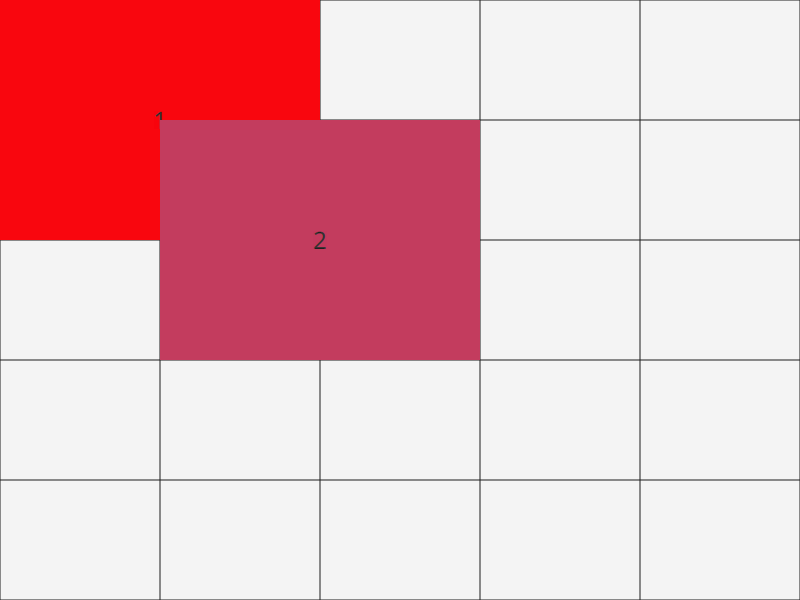
Repository: AlanVidalll/Curso-Java-Completo
Program's window: java exercicios-javafx/src/layout/AppLayout.java
The author's editor kept a copy of each file at every save. The program's window is drawn from the files as they stood at one save, then again after the next save.
It runs on Java 21 on a 1366 x 768 screen with JavaFX 11; the title bar is not drawn.

Above is the program's window before, as saved 2020-04-11 13:55:23.

After the next save:
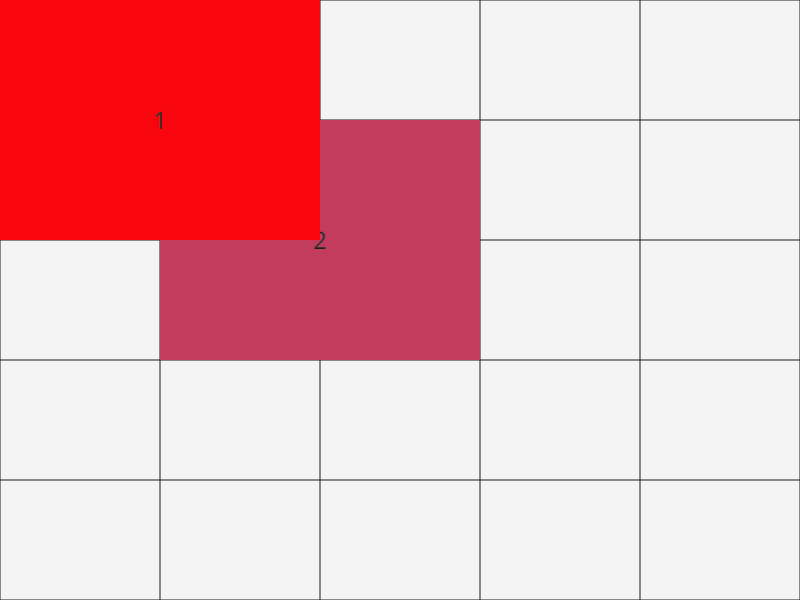
Saved 9 s later.
--- a/exercicios-javafx/src/layout/TesteGridPane.java
+++ b/exercicios-javafx/src/layout/TesteGridPane.java
@@ -22,8 +22,8 @@
 		getColumnConstraints().addAll(cc(),cc(),cc(),cc(),cc());
 		getRowConstraints().addAll(rc(),rc(),rc(),rc(),rc());
 
+		add(c2, 1, 1,2,2);
 		add(c1, 0, 0,2,2);
-		add(c2, 1, 1,2,2);
 	}
 
 	private ColumnConstraints cc() {
